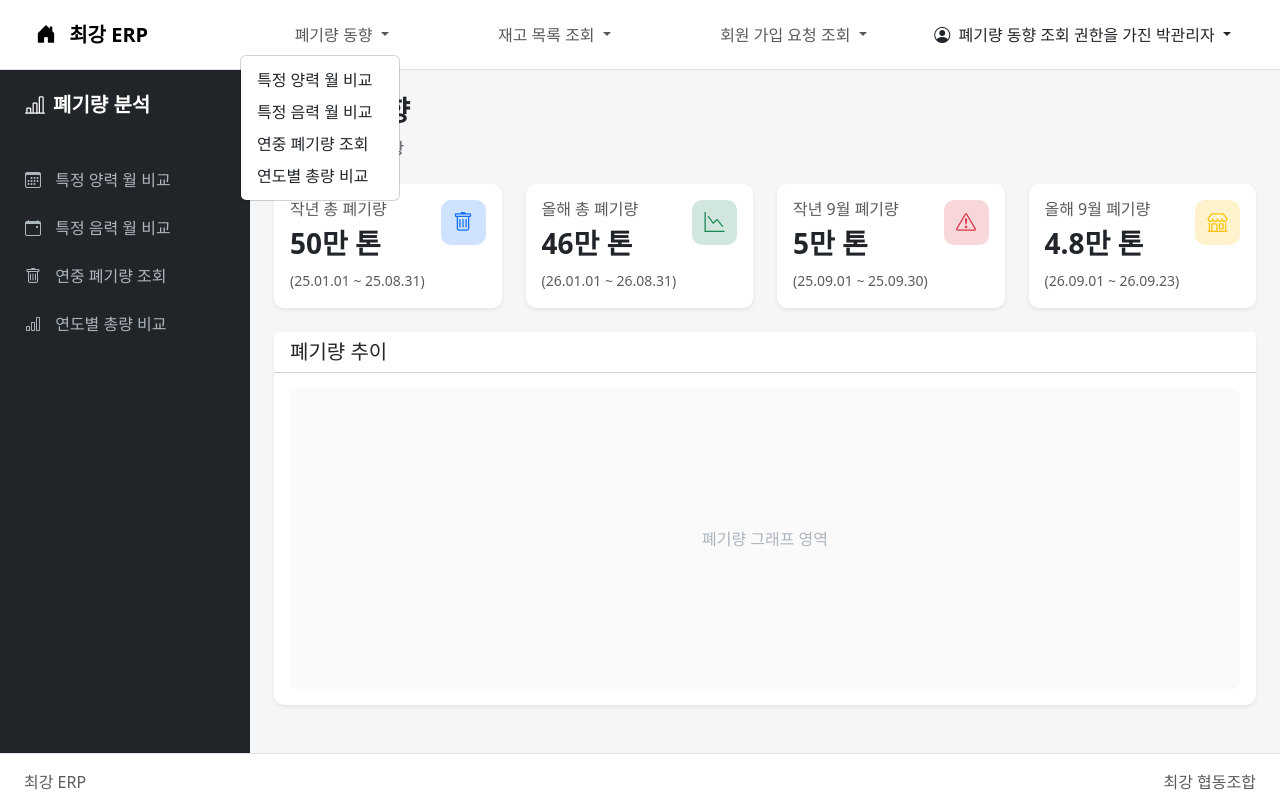
Repository: nojong99/kosta
Page: 32_MVCModel2/src/main/webapp/wasteTrends.html
These files come from the project's save history. The page is drawn as it stood at one moment and after the next save; the edit follows.
The browser window is 1280 px wide. The pictures show the whole page.
The pointer rests on the first visible `.navbar .dropdown`.

Above is the page before, as saved 2026-09-23 05:03:13.

### 32_MVCModel2/src/main/webapp/wasteTrends.html
<!DOCTYPE html>
<html lang="ko">

<head>
    <meta charset="UTF-8">
    <meta name="viewport" content="width=device-width, initial-scale=1">

    <title>최강 ERP</title>

    <link
        href="https://cdn.jsdelivr.net/npm/bootstrap@5.3.8/dist/css/bootstrap.min.css"
        rel="stylesheet">

    <link
        rel="stylesheet"
        href="https://cdn.jsdelivr.net/npm/bootstrap-icons@1.13.1/font/bootstrap-icons.min.css">

    <link rel="stylesheet" href="css/wasteTrends.css">
</head>


<body>

    <header>

        <nav class="navbar navbar-expand-lg bg-white border-bottom px-4">

            <div class="container-fluid">

                <!-- 홈 로고 -->
                <a class="navbar-brand fw-bold me-4"
                   href="index.html">

                    <i class="bi bi-house-door-fill me-2"></i>
                    최강 ERP

                </a>


                <!-- 메뉴 -->
                <ul class="navbar-nav flex-grow-1 mb-2 mb-lg-0">

                    <!-- 폐기량 동향 -->
                    <li class="nav-item dropdown flex-fill text-center">

                        <a class="nav-link dropdown-toggle"
                           href="#"
                           role="button"
                           data-bs-toggle="dropdown">

                            폐기량 동향

                        </a>

                        <ul class="dropdown-menu">

                            <li>
                                <a class="dropdown-item" href="#">
                                    특정 양력 월 비교
                                </a>
                            </li>

                            <li>
                                <a class="dropdown-item" href="#">
                                    특정 음력 월 비교
                                </a>
                            </li>

                            <li>
                                <a class="dropdown-item" href="#">
                                    연중 폐기량 조회
                                </a>
                            </li>

                            <li>
                                <a class="dropdown-item" href="#">
                                    연도별 총량 비교
                                </a>
                            </li>

                        </ul>

                    </li>


                    <!-- 재고 목록 조회 -->
                    <li class="nav-item dropdown flex-fill text-center">

                        <a class="nav-link dropdown-toggle"
                           href="#"
                           role="button"
                           data-bs-toggle="dropdown">

                            재고 목록 조회

                        </a>

                        <ul class="dropdown-menu">

                            <li>
                                <a class="dropdown-item" href="#">
                                    재고 조회
                                </a>
                            </li>

                            <li>
                                <a class="dropdown-item" href="#">
                                    재고 변동 내역
                                </a>
                            </li>

                        </ul>

                    </li>


                    <!-- 회원 가입 요청 -->
                    <li class="nav-item dropdown flex-fill text-center">

                        <a class="nav-link dropdown-toggle"
                           href="#"
                           role="button"
                           data-bs-toggle="dropdown">

                            회원 가입 요청 조회

                        </a>

                        <ul class="dropdown-menu">

                            <li>
                                <a class="dropdown-item" href="#">
                                    가입 요청 목록
                                </a>
                            </li>

                        </ul>

                    </li>

                </ul>


                <!-- 사용자 -->
                <div class="dropdown">

                    <button class="btn dropdown-toggle"
                            data-bs-toggle="dropdown">

                        <i class="bi bi-person-circle me-1"></i>
                        폐기량 동향 조회 권한을 가진 박관리자

                    </button>


                    <ul class="dropdown-menu dropdown-menu-end">

                        <li>
                            <a class="dropdown-item" href="#">
                                프로필
                            </a>
                        </li>

                        <li>
                            <a class="dropdown-item" href="#">
                                설정
                            </a>
                        </li>

                        <li>
                            <hr class="dropdown-divider">
                        </li>

                        <li>
                            <a class="dropdown-item" href="#">
                                로그아웃
                            </a>
                        </li>

                    </ul>

                </div>

            </div>

        </nav>

    </header>


    <!-- ==================================================
         SIDEBAR + MAIN
    ================================================== -->
    <div class="d-flex">


        <!-- ==================================================
             SIDEBAR
        ================================================== -->
        <aside class="sidebar">

            <div class="logo">

                <i class="bi bi-bar-chart-line me-2"></i>

                <span>폐기량 분석</span>

            </div>


            <ul class="nav flex-column mt-3">

                <li class="nav-item">

                    <a class="nav-link" href="#">

                        <i class="bi bi-calendar3"></i>

                        <span>특정 양력 월 비교</span>

                    </a>

                </li>


                <li class="nav-item">

                    <a class="nav-link" href="#">

                        <i class="bi bi-calendar-event"></i>

                        <span>특정 음력 월 비교</span>

                    </a>

                </li>


                <li class="nav-item">

                    <a class="nav-link" href="#">

                        <i class="bi bi-trash"></i>

                        <span>연중 폐기량 조회</span>

                    </a>

                </li>


                <li class="nav-item">

                    <a class="nav-link" href="#">

                        <i class="bi bi-bar-chart"></i>

                        <span>연도별 총량 비교</span>

                    </a>

                </li>

            </ul>

        </aside>



        <!-- ==================================================
             MAIN
        ================================================== -->
        <main class="main flex-grow-1 container-fluid p-4">

            <div class="mb-4">

                <h3 class="fw-bold">
                    폐기물 동향
                </h3>

                <p class="text-muted mb-0">
                    본사 및 가맹점 현황
                </p>

            </div>


            <!-- 카드 -->
            <div class="row g-4 mb-4">


                <div class="col-12 col-sm-6 col-xl-3">

                    <div class="card dashboard-card shadow-sm">

                        <div class="card-body">

                            <div class="d-flex justify-content-between">

                                <div>

                                    <h6 class="text-muted">
                                        작년 총 폐기량
                                    </h6>

                                    <h3 class="fw-bold">
                                        50만 톤
                                    </h3>

                                </div>

                                <div class="dashboard-icon bg-primary-subtle text-primary">

                                    <i class="bi bi-trash"></i>

                                </div>

                            </div>

                            <small class="text-muted">
                                (25.01.01 ~ 25.08.31)
                            </small>

                        </div>

                    </div>

                </div>


                <div class="col-12 col-sm-6 col-xl-3">

                    <div class="card dashboard-card shadow-sm">

                        <div class="card-body">

                            <div class="d-flex justify-content-between">

                                <div>

                                    <h6 class="text-muted">
                                        올해 총 폐기량
                                    </h6>

                                    <h3 class="fw-bold">
                                        46만 톤
                                    </h3>

                                </div>

                                <div class="dashboard-icon bg-success-subtle text-success">

                                    <i class="bi bi-graph-down"></i>

                                </div>

                            </div>

                            <small class="text-muted">
                                (26.01.01 ~ 26.08.31)
                            </small>

                        </div>

                    </div>

                </div>


                <div class="col-12 col-sm-6 col-xl-3">

                    <div class="card dashboard-card shadow-sm">

                        <div class="card-body">

                            <div class="d-flex justify-content-between">

                                <div>

                                    <h6 class="text-muted">
                                        작년 9월 폐기량
                                    </h6>

                                    <h3 class="fw-bold">
                                        5만 톤
                                    </h3>

                                </div>

                                <div class="dashboard-icon bg-danger-subtle text-danger">

                                    <i class="bi bi-exclamation-triangle"></i>

                                </div>

                            </div>

                            <small class="text-muted">
                                (25.09.01 ~ 25.09.30)
                            </small>

                        </div>

                    </div>

                </div>


                <div class="col-12 col-sm-6 col-xl-3">

                    <div class="card dashboard-card shadow-sm">

                        <div class="card-body">

                            <div class="d-flex justify-content-between">

                                <div>

                                    <h6 class="text-muted">
                                        올해 9월 폐기량
                                    </h6>

                                    <h3 class="fw-bold">
                                        4.8만 톤
                                    </h3>

                                </div>

                                <div class="dashboard-icon bg-warning-subtle text-warning">

                                    <i class="bi bi-shop"></i>

                                </div>

                            </div>

                            <small class="text-muted">
                                (26.09.01 ~ 26.09.23)
                            </small>

                        </div>

                    </div>

                </div>

            </div>



            <!-- 그래프 -->
            <div class="row g-4 mb-4">

                <div class="col-12">

                    <div class="card dashboard-card shadow-sm">

                        <div class="card-header bg-white">

                            <h5 class="mb-0">
                                폐기량 추이
                            </h5>

                        </div>

                        <div class="card-body">

                            <div class="chart-area">

                                <span>
                                    폐기량 그래프 영역
                                </span>

                            </div>

                        </div>

                    </div>

                </div>

            </div>

        </main>

    </div>



    <!-- ==================================================
         FOOTER
    ================================================== -->
    <footer class="py-3 bg-white border-top">

        <div class="container-fluid px-4">

            <div class="d-flex justify-content-between">

                <span class="text-muted">
                    최강 ERP
                </span>

                <span class="text-muted">
                    최강 협동조합
                </span>

            </div>

        </div>

    </footer>



    <!-- Bootstrap 5 JS -->
    <script
        src="https://cdn.jsdelivr.net/npm/bootstrap@5.3.8/dist/js/bootstrap.bundle.min.js">
    </script>

</body>

</html>

### 32_MVCModel2/src/main/webapp/css/wasteTrends.css
@charset "UTF-8";


/* ==================================================
   BODY
================================================== */

body {
    background-color: #f5f6f8;
    margin: 0;
}


/* ==================================================
   HEADER / NAV
================================================== */

header {
    width: 100%;
}

/* Bootstrap navbar */
.navbar {
    min-height: 70px;
}


.navbar .dropdown {
    position: relative;
}

.navbar .dropdown:hover > .dropdown-menu {
    display: block;
    left: 0;
    top: 100%;
    margin-top: 0;
}



/* 홈 로고 */
.navbar-brand {
    min-width: 180px;
}


/* ==================================================
   SIDEBAR
================================================== */

.sidebar {
    width: 250px;
    min-height: calc(100vh - 70px);

    background-color: #212529;
    color: white;

    flex-shrink: 0;
}


.sidebar .logo {
    height: 70px;

    display: flex;
    align-items: center;

    padding: 0 25px;

    font-size: 20px;
    font-weight: bold;

    color: white;
}


.sidebar .nav-link {
    color: #adb5bd;
    padding: 12px 25px;
}


.sidebar .nav-link:hover,
.sidebar .nav-link.active {
    color: white;
    background-color: #343a40;
}


.sidebar .nav-link i {
    margin-right: 10px;
}


/* ==================================================
   MAIN
================================================== */

.main {
    min-height: calc(100vh - 70px);

    flex-grow: 1;

    min-width: 0;
}


/* ==================================================
   CARD
================================================== */

.dashboard-card {
    border: none;
    border-radius: 10px;
}


.dashboard-icon {
    width: 45px;
    height: 45px;

    border-radius: 10px;

    display: flex;
    align-items: center;
    justify-content: center;

    font-size: 20px;
}


/* ==================================================
   CHART
================================================== */

.chart-area {
    height: 300px;

    display: flex;
    align-items: center;
    justify-content: center;

    color: #adb5bd;

    background-color: #fafafa;

    border-radius: 8px;
}


/* ==================================================
   EMPTY DATA
================================================== */

.empty-data {
    height: 150px;

    display: flex;
    align-items: center;
    justify-content: center;

    color: #adb5bd;
}


/* ==================================================
   MOBILE
================================================== */

@media (max-width: 768px) {

    .sidebar {
        width: 70px;
    }


    .sidebar .logo span,
    .sidebar .nav-link span {
        display: none;
    }


    .sidebar .logo {
        justify-content: center;
        padding: 0;
    }


    .sidebar .nav-link {
        text-align: center;
        padding: 15px 0;
    }


    .sidebar .nav-link i {
        margin: 0;
    }


    .navbar-brand {
        min-width: auto;
    }

}

After the next save:
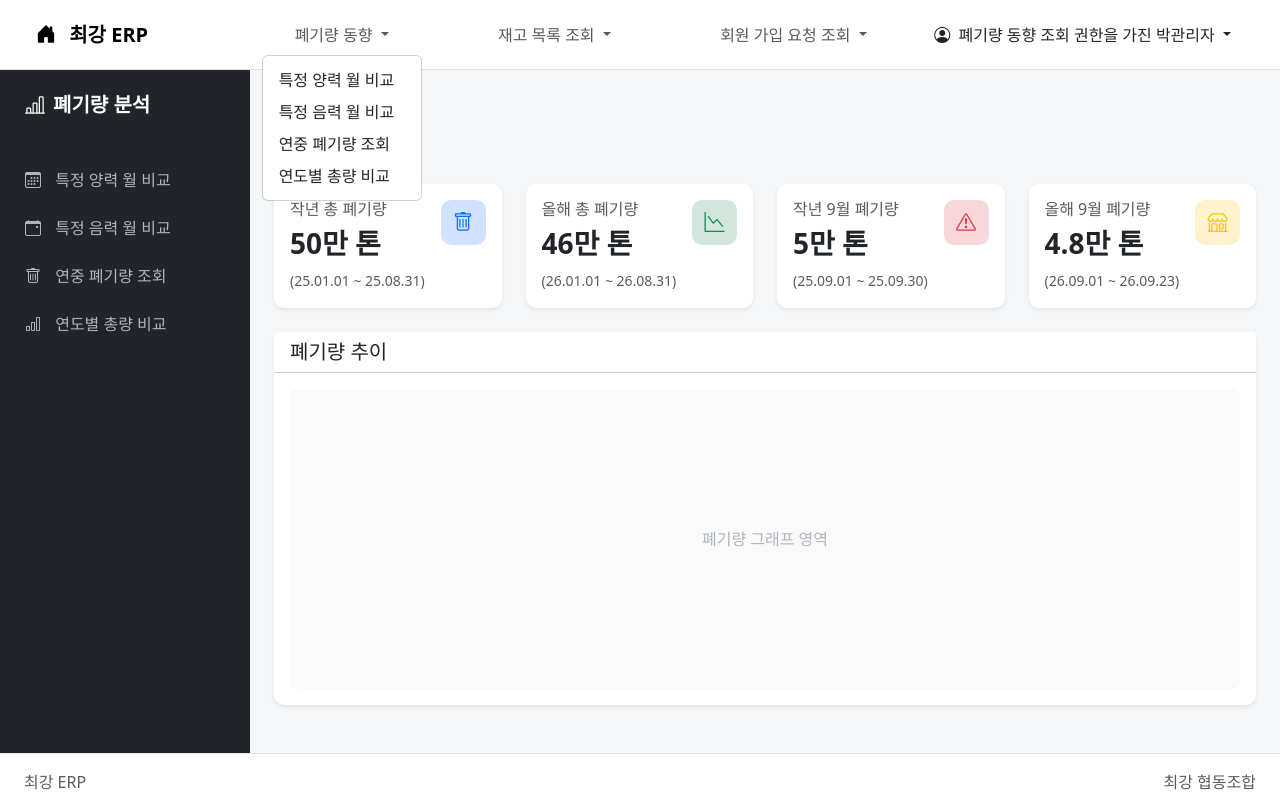
Saved 2 min 11 s later.
--- a/32_MVCModel2/src/main/webapp/css/wasteTrends.css
+++ b/32_MVCModel2/src/main/webapp/css/wasteTrends.css
@@ -31,11 +31,11 @@ header {
 
 .navbar .dropdown:hover > .dropdown-menu {
     display: block;
-    left: 0;
     top: 100%;
+    left: 50%;
+    transform: translateX(-50%);
     margin-top: 0;
 }
-
 
 
 /* 홈 로고 */
